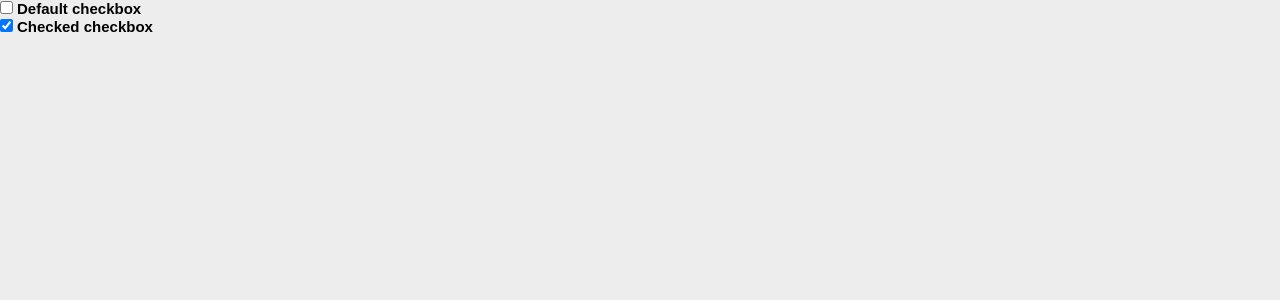
Repository: Grace229/Hasob-form
Page: index.html
These files come from the project's save history. The page is drawn as it stood at one moment and after the next save; the edit follows.
The browser window is 1280 px wide. The pictures show the whole page.

Above is the page before, as saved 2020-12-26 19:26:24.

After the next save:
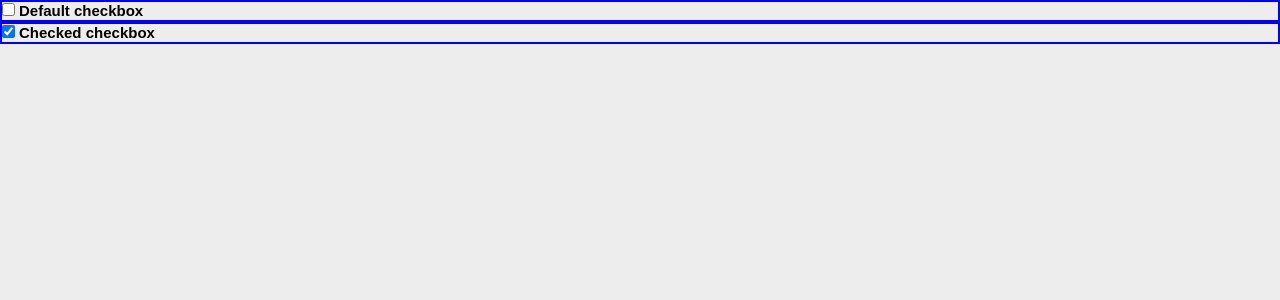
Saved 34 s later.
--- a/style.css
+++ b/style.css
@@ -12,5 +12,5 @@ input{
     line-height: 3px;
 }
 .form-check{
-    border: block 2px blue;
+    border: solid 2px blue;
 }
